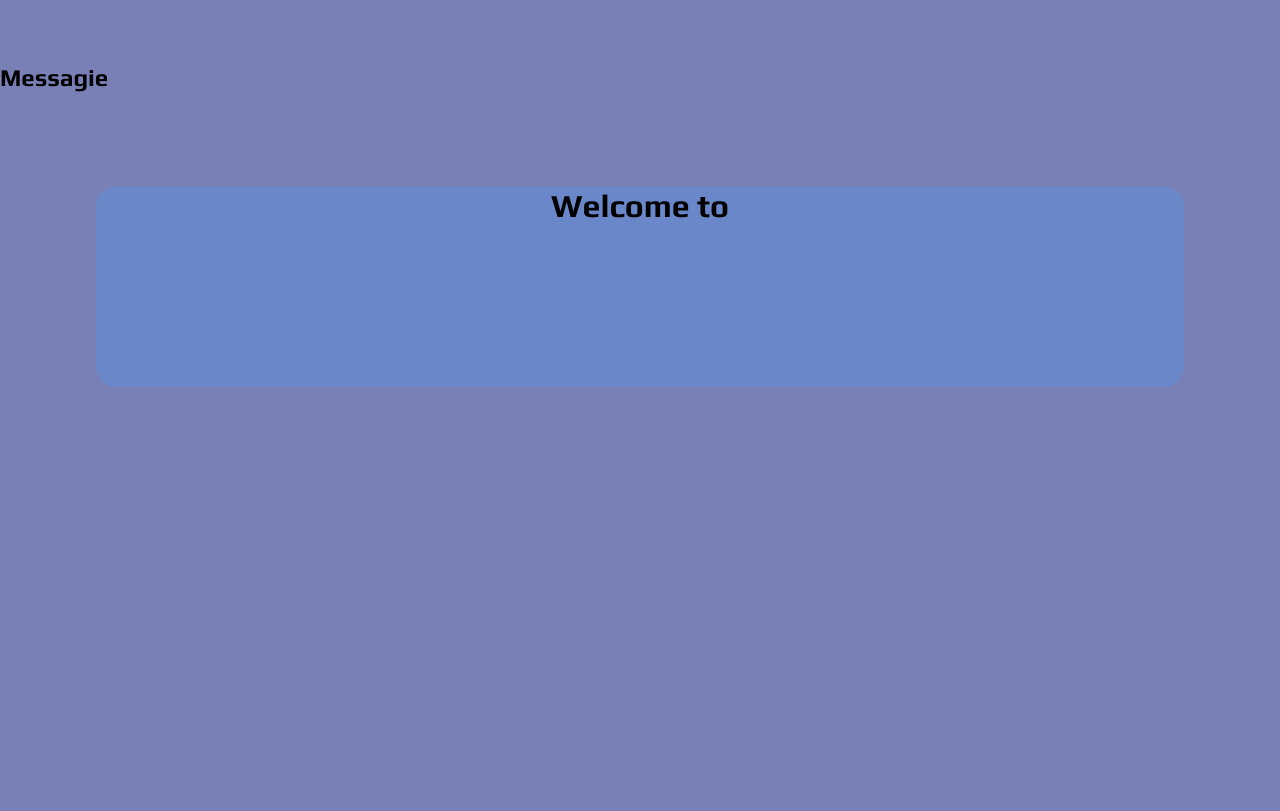
Repository: shaelorch/typeytalkey
Page: /
An editor plug-in stored every save of this project. The page is shown before and after the next save, followed by the edit.
The browser window is 1280 px wide. The pictures show the whole page.
The project was rebuilt for these pictures with package versions that can differ from the ones it lists, and the page was loaded fresh each time. The framework's server and built-in components were replaced by stand-ins that run in the browser. Also part of the build but not shown: next.config.js.

Above is the page before, as saved 2023-02-24 14:35:05.

After the next save:
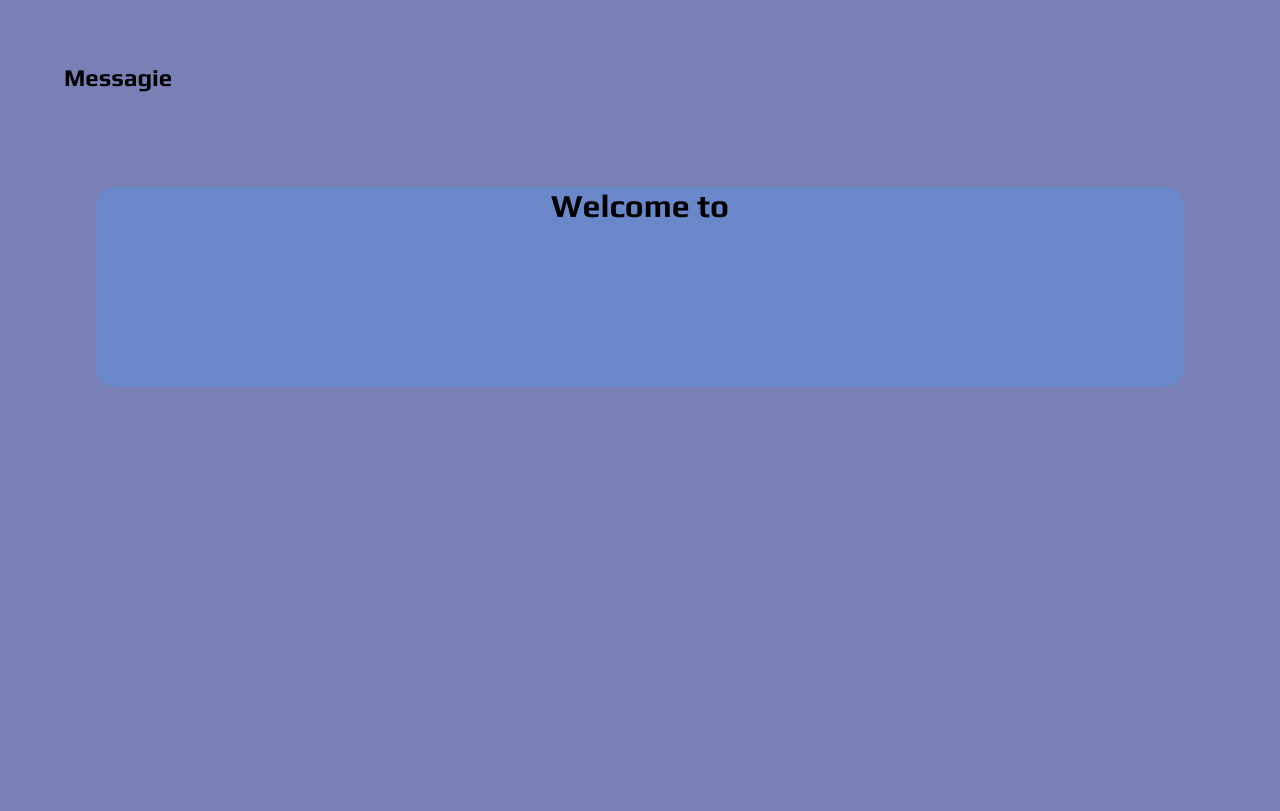
Saved 6 s later.
--- a/src/styles/Home.module.css
+++ b/src/styles/Home.module.css
@@ -14,6 +14,7 @@
   background-color: #7880B5;
   font-family: play, sans-serif;
   padding-top:5%;
+  padding-left:5%;
 }
 .serverCont {
 
